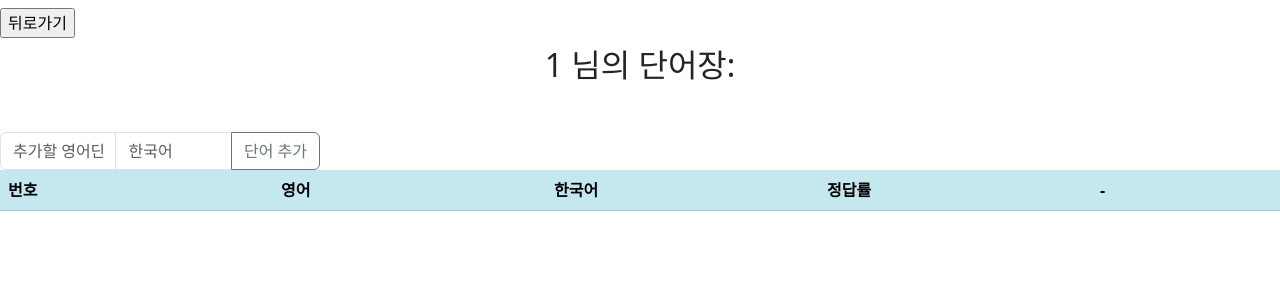
Repository: kokoko12334/myvocab-toy
Page: http://localhost/myVocabularyList/detail
These files come from the project's save history. The page is drawn as it stood at one moment and after the next save; the edit follows.
The browser window is 1280 px wide. The pictures show the whole page.
The page is served by Tomcat 9. The session is filled in as if someone had signed in: {"id": 1, "pwd": 1, "list": 1}. Queries for data that is not in the repository find no rows.

Above is the page before, as saved 2023-04-07 12:54:19.

After the next save:
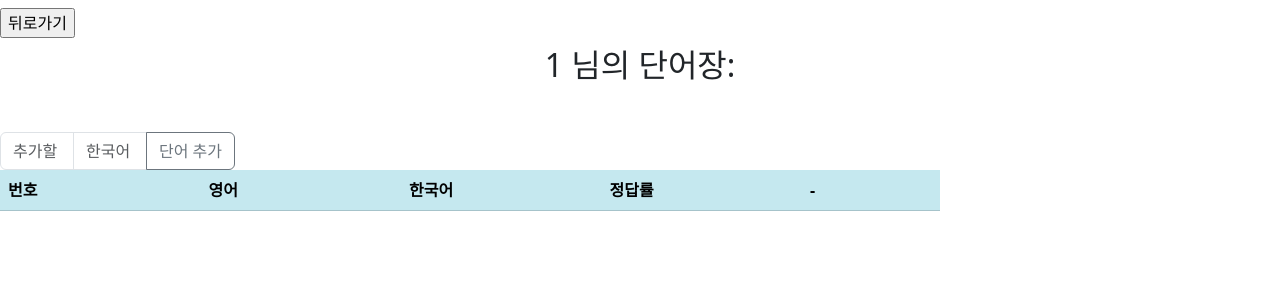
Saved 2 min 49 s later.
--- a/myVocabularyList/src/main/webapp/WEB-INF/views/myvocabulary/detail.jsp
+++ b/myVocabularyList/src/main/webapp/WEB-INF/views/myvocabulary/detail.jsp
@@ -23,7 +23,7 @@
 	</div>
 
 
- <div class = "my-5">
+ <div class = "my-5" style="margin-top: 93px;width: 940px;">
 	<form class="form-inline w-25" action = "/addword" method = "post">
 		<div class="input-group">
 			<input type = text name = "english" placeholder = "추가할 영어단어" aria-label="First name" class="form-control">
